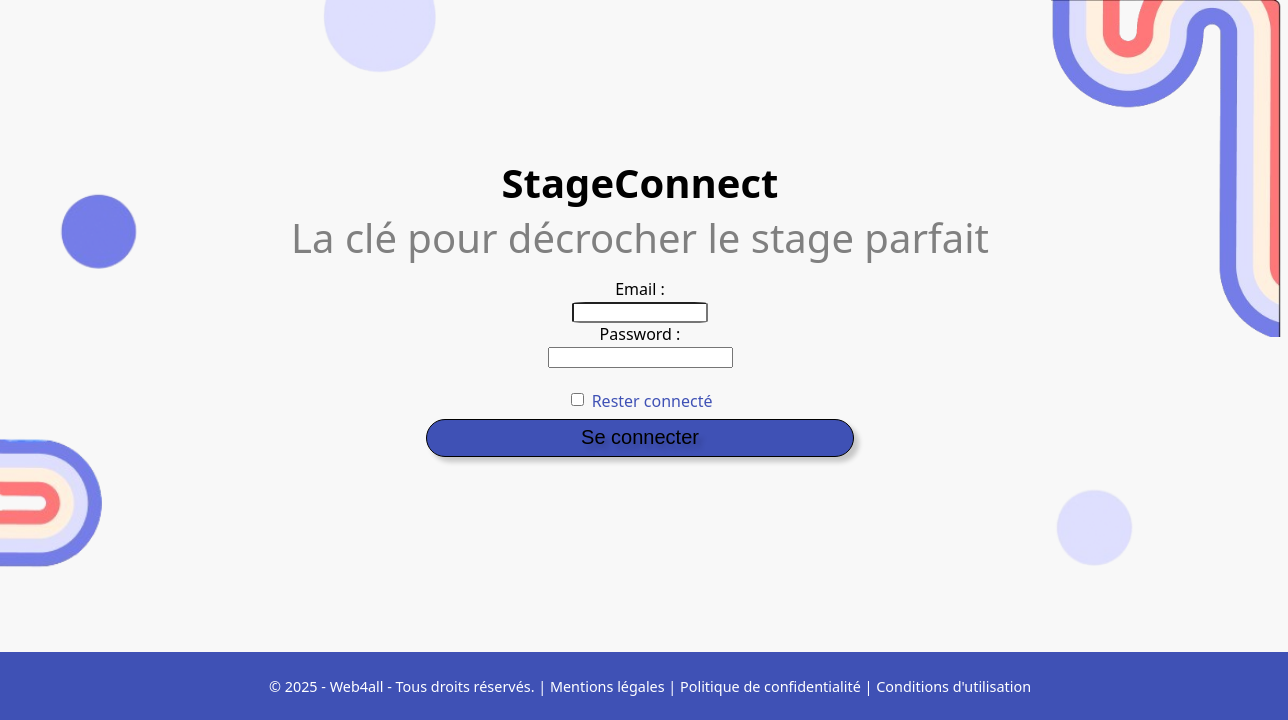
Repository: Guyllem/GroupeWeb
Page: pages/connexion.html
The author's editor kept a copy of each file at every save. The page is drawn from the files as they stood at one save, then again after the next save.
The browser window is 1280 px wide. The page is 1281 px wide, then 1288 px, so the pictures cover 1288 px, including what lies to the right of the window. The pictures show the whole page.

Above is the page before, as saved 2025-02-13 18:29:24.

After the next save:
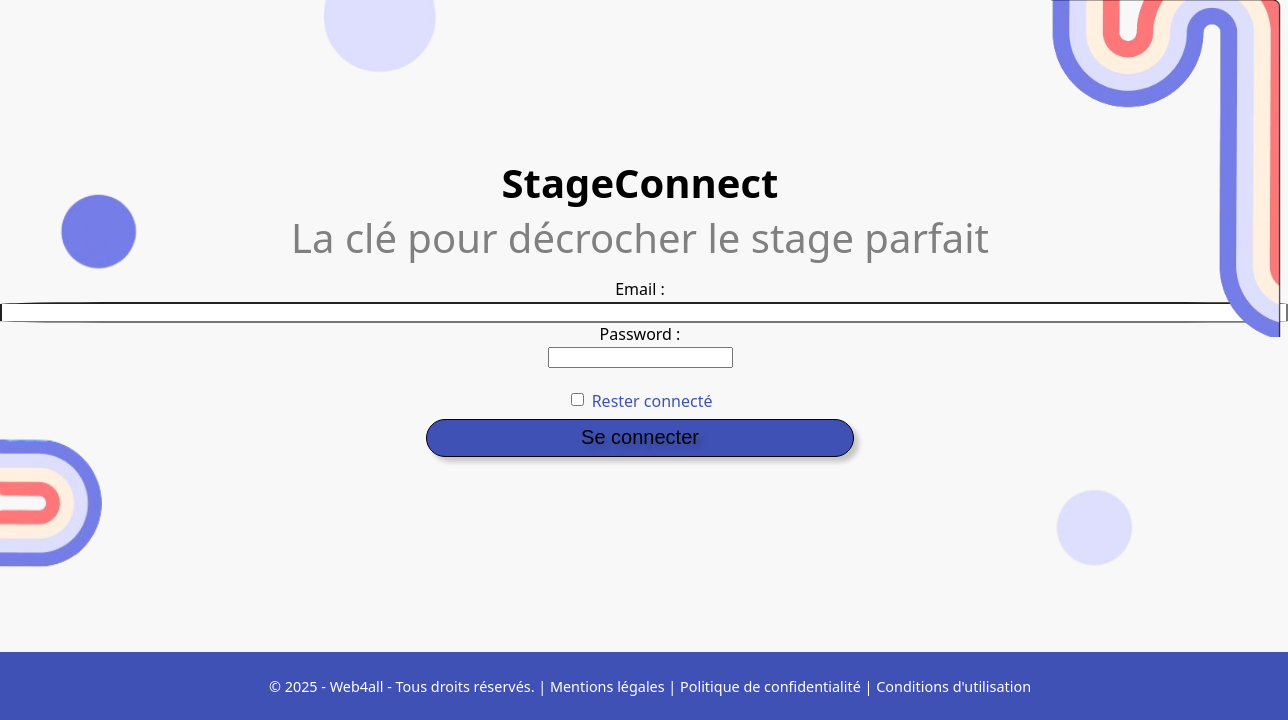
Saved 5 s later.
--- a/styles.css
+++ b/styles.css
@@ -129,5 +129,5 @@ footer a {
 
 .email-form input{
     border-radius: 10%;
-    width: 10%;
+    width: 100%;
 }
